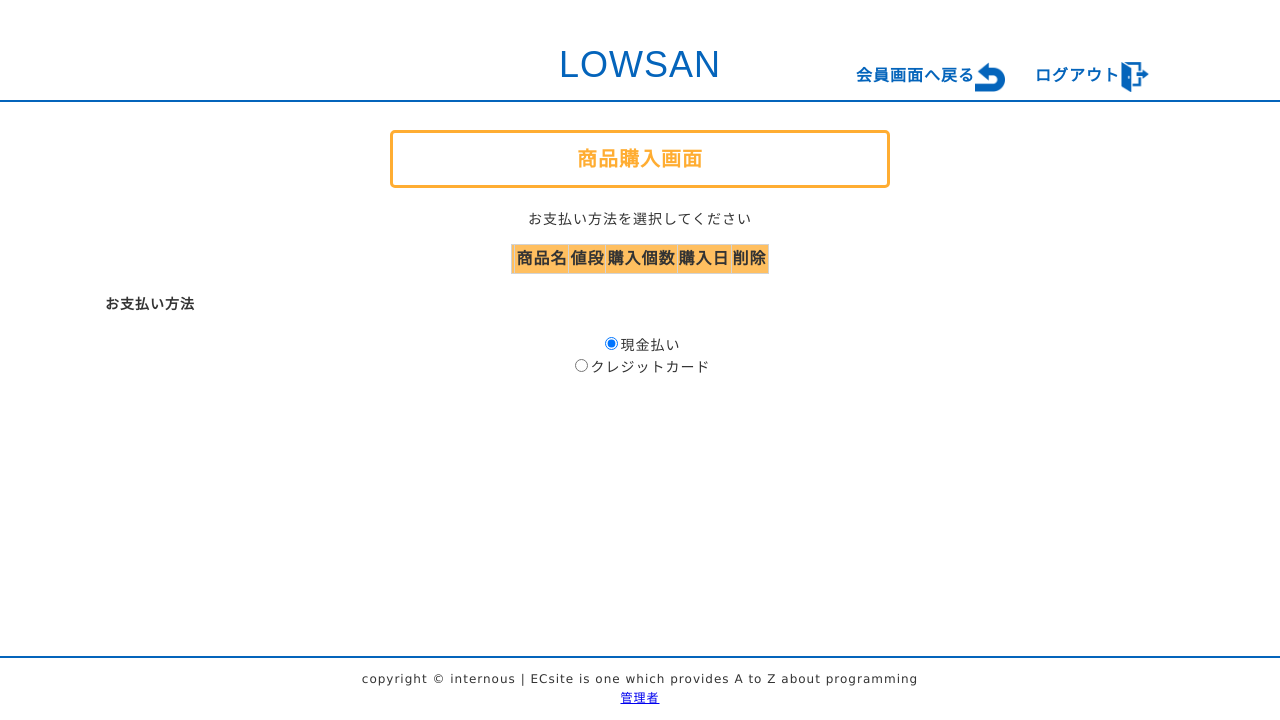
Repository: nishimura0212/myECsite
Page: http://localhost/ecsite/buyItem.jsp
An editor plug-in stored every save of this project. The page is shown before and after the next save, followed by the edit.
The browser window is 1280 px wide. The pictures show the whole page.
The page is served by Tomcat 9. Other server files are loaded and not shown.

Above is the page before, as saved 2019-01-02 14:36:57.

### ecsite/WebContent/buyItem.jsp
<%@ page language="java" contentType="text/html; charset=UTF-8"
    pageEncoding="UTF-8"%>
<%@ taglib prefix="s" uri="/struts-tags" %>
<!DOCTYPE html>
<html>
<head>
<meta http-equiv="Content-Type" content="text/html; charset=UTF-8"/>
<meta http-equiv="Content-Script-Type" content="text/javascript"/>
<meta http-equiv="imagetoolbar" content="no"/>
<meta name="description" content=""/>
<meta name="keywords" content=""/>
<title>商品購入画面</title>
<link rel="stylesheet" type="text/css" href="css/style.css">
</head>
<body>
	<div id="header">
		<p>LOWSAN</p>
		<div id="header-icon">
			<ul>
				<li class="icon">
					<a href="GoUserAction">
					会員画面へ戻る<img src="./img/icon/back.png" width="30px" height="30px">
					</a>
				</li>
				<li class="icon">
					<a href="LogoutAction">
					ログアウト<img src="./img/icon/logout.png" width="30px" height="30px">
					</a>
				</li>
			</ul>
		</div>
	</div>
	<div id="main">
		<div id="top">
			<p>商品購入画面</p>
		</div>
		<p class="comment">お支払い方法を選択してください</p>
		<table class="history-table">
			<tr>
				<th></th>
				<th>商品名</th>
				<th>値段</th>
				<th>購入個数</th>
				<th>購入日</th>
				<th>削除</th>
			</tr>
			<s:iterator value="cartList">
				<tr>
					<td class="td-img"><img
						src='<s:property value="itemImage"/>' class="buy-item-image"></td>
					<td><s:property value="item" /></td>
					<td><s:property value="totalPrice" /><span>円</span></td>
					<td><s:property value="totalCount" /><span>個</span></td>
					<td><s:property value="insert_date" /></td>
					<td><input type="checkbox" name="delete"
						value='<s:property value="id"/>' /></td>
				</tr>
			</s:iterator>
		</table>
		<div class="pay-method">
			<h4>お支払い方法</h4>
			<input type="radio" name="pay" value="1" checked="checked" class="radio">現金払い
			<br><input type="radio" name="pay"value="2" class="radio">クレジットカード
		</div>
	</div>
	<div id="footer">
		<p>copyright &copy; internous | ECsite is one which provides A to Z about programming<br/>
		<a href = '<s:url action="AdminAction"/>'>管理者</a></p>
	</div>
</body>
</html>

### ecsite/WebContent/css/style.css
@CHARSET "UTF-8";

/* bodyレイアウト */
body{
	margin: 0;
	padding: 0;
	height: 100%;
	height: auto;
	line-height: 1.6;
	letter-spacing: 1px;
	font-family: Verdana,Helvetica,sans-serif;
	font-size: 12px;
	color: #333;
	background: #fff;
}

/* headerレイアウト */
#header{
	position: fixed;
	left: 0;
	top: 0;
	z-index: 2;
	width: 100%;
	height: 100px;
	text-align: center;
	background-color: #fff;
	border-bottom: 2px solid #0464bb;
}
#header p{
	color: #0464bb;
	font-family: "メイリオ",sans-serif;
	font-size: 36px;
}
#header-icon{
	position: absolute;
	top: 50px;
	right: 100px;
}
#header-icon .icon{
	float: left;
	margin: 0 auto;
	margin-right: 30px;
	list-style-type: none;
	font-size: 16px;
	font-weight: bold;
}
#header-icon .icon img{
	clear: both;
	vertical-align: middle;
}
#header-icon .icon a{
	color: #0464bb;
	text-decoration:none;
}
.icon:hover{
	cursor: pointer;
}

/* mainレイアウト */
#main{
	position: relative;
	top: 110px;
	width: 100%;
	padding-bottom: 60px;
}

.waku{
	margin-top: 50px;
}

/* 見出しレイアウト */
#top{
	width: 500px;
	margin: 0px auto;
	margin-top: 10px;
	text-align: center;
}
#top p{
	font-size: 20px;
	font-weight: bold;
	border: 3px solid #FFAD32;
	border-radius: 5px;
	color: #FFAD32;
	background-color: #fff;
	padding: 10px 0px;
}

/* tableレイアウト */
.table{
	margin: 0 auto;
	width: 800px;
	font-size: 24px;
	padding: 40px 30px 50px 20px;
	background-color: #FFFDEB;
	color: #FFAD32;
	border-radius: 10px;
}

/* ログイン画面 */
.textarea{
	width: 100%;
	height: 30px;
	font-size: 22px;
	padding-left: 1%;
	border-radius: 15px;
}
input[type="text"]:focus {
	border: 2px solid #FFD493;
	outline: 0;
}
input[type="password"]:focus {
	border: 2px solid #FFD493;
	outline: 0;
}
.error{
	margin: 0 auto;
	width: 500px;
	text-align: center;
}
.error p{
	color: #FF5151;
	font-size: 14px;
}
.single{
	margin-top: 20px;
	text-align: center;
	padding: 20px;
}
.single_btn{
	width: 100px;
	height: 40px;
	padding: 5px;
	background-color: #FFAD32;
	font-size: 12px;
	font-weight: bold;
	color: white;
	border-color: none;
	border-radius: 20px;
}
.single_btn:hover{
	background-color: #F99500;
	cursor: pointer;
}

/* 会員画面 */
.comment{
	text-align: center;
	font-size: 14px;
}
.main-text{
	text-align: center;
	margin-top: 10px;
}
.userButton{
	margin-top: 20px;
	width: 300px;
	height: 100px;
	color: #FFFDEB;
	font-size: 24px;
	background-color: #FFAD32;
	border-radius: 20px;
}
.userButton:hover{
	cursor: pointer;
	background-color: #F99500;
}

/* カテゴリ選択画面 */
.categoryBox{
	margin: 0 auto;
	margin-top: 30px;
	width: 600px;
	text-align: center;
}
.category{
	margin: 0 auto;
	display: inline-block;
	text-align: center;
}
.categoryCircle{
	margin: 0 auto;
	float: left;
}
.circle{
	width: 200px;
	height: 200px;
	margin: 0px 20px 10px 20px;
	border-radius: 50%;
	font-size: 30px;
	border: 5px solid #FFBF60;
	background-color: #FFFDEB;
}
.circle:hover{
	background-color: #FFBF60;
	color: #FFFDEB;
	border: none;
	cursor: pointer;
}
#empty{
	clear: both;
}

/* 商品選択画面 */
.item-wrap{
	width: 700px;
	margin: 30px auto;
	height: 100%;
	padding-bottom: 60px;
}
.itemBox{
	width: 300px;
	height: 250px;
	text-align: center;
	border: 2px dotted gray;
	margin: 20px 20px 20px 20px;
	background-color: #f9fcb6;
}
.itemBox img{
	width: 250px;
	height: 250px;
}
.itemName{
	margin: 0;
	font-size: 15px;
}
.flex-container{
	display: inline-flex;
}

/* 商品購入画面 */
.containerA{
	margin: 0 auto;
	margin-top: 20px;
	margin-right: 50px;
	text-align: center;
}
.left{
	width: 300px;
	height: 300px;
}
.left img{
	width: 100%;
}
.right{
	height: 300px;
	font-size: 20px;
	margin-top: 30px;
	border-collapse: collapse;
}
.td-left{
	text-align: center;
	background-color: #FFBF60;
	border: 1px solid lightgray;
}
.td-right{
	text-align: left;
	padding: 0px 10px;
	border: 1px solid lightgray;
}
.td-submit{
	background-color: #fff;
}
.select{
	width: 50px;
	font-size: 20px;
}
.select:hover{
	cursor: pointer;
}
.block{
	width: 100px;
	display: block;
}

/* 商品購入確認画面 */
.containerB{
	margin: 0 auto;
	margin-left: 150px;
	text-align: center;
}
.button{
	position: relative;
	top: 350px;
	right: 210px;
}
.gray_btn{
	width: 100px;
	height: 40px;
	padding: 5px;
	background-color: #808080;
	font-size: 12px;
	font-weight: bold;
	color: white;
	border-color: none;
	border-radius: 20px;
}
.gray_btn:hover{
	background-color: #666666;
	cursor: pointer;
}

/* 商品購入完了画面 */
.center{
	width: 400px;
	margin: 0 auto;
	margin-top: 50px;
}
.comment p{
	height: 50px;
	line-height: 50px;
	font-size: 16px;
	border: 2px solid gray;
	border-radius: 5px;
}

/* 商品購入履歴画面 */
.history-table{
	margin:0 auto;
	font-size: 16px;
	border-collapse: collapse;
	border: 1px solid lightgray;
	text-align: center;
}
.history-table th{
	border: 1px solid lightgray;
}
.history-table td,.td-img{
	border: 1px solid lightgray;
}
.history-table tr:first-child{
	background-color: #FFBF60;
}
.td-img img{
	width: 100px;
	height: 100px;
}

/* 商品購入画面 */
.pay-method{
	text-align: center;
	font-size: 14px;
	padding-bottom: 60px;
}
.pay-method h4{
	width: 300px;
}





.buy-item-button{
	margin: 20px;
	width: 100px;
	height: 50px;
	background-color: #eee;
	border-radius: 20%;
}
.buy-item-button:hover{
	cursor: pointer;
	background-color: #f9fcb6;
}
.pointer:hover{
	cursor: pointer;
}
.button1{
	margin: 0 20px auto;
	float: left;
}
.submit{
	width: 300px;
	height: 400px;
	border-radius: 10%;
	background-color: #f8f8f8;
	font-size: 30px;
}
.submit:hover{
	box-shadow: none;
	background-color: #ffff80;
	cursor: pointer;
}
#text-link{
	display: inline-block;
	text-align: right;
}
#text-right{
	display: inline-block;
	text-align: right;
}
.text-right{
	display: inline-block;
	margin-left: 4%;
}
#wrap{
	margin: 0 40% auto;
}
#left{
	float: left;
	width: 50%;
}
#right{
	float: left;
	width: 50%;
}
.text-center{
	display: inline-block;
	text-align: center;
}
#text{
	clear: left;
	padding-top: 20px;
	width: 780px;
	margin: 30px auto;
}
.text{
	text-align: center;
}
#list{
	border: 2px dotted gray;
	width: 500px;
	height: 100px;
	background-color: lightyellow;
	margin: 30px auto;
}
#list ul li{
	display: inline-block;
	list-style-type: none;
	margin-right: 2em;
}
#button{
	display: inline-block;
	text-align: center;
}
#empty{
	clear: both;
}
.button{
	margin: 0 auto;
	float: left;
	margin-right: 10px;
}
.button:hover{
	cursor: pointer;
}
.category_button{
	margin: 0 auto;
	float: left;
}
.item{
	width: 200px;
	height: 200px;
	margin: 0px 20px 10px 20px;
	border-radius: 50%;
	font-size: 30px;
}





/* footerレイアウト */
#footer{
	clear: both;
	position: fixed;
	left: 0;
	bottom: 0;
	z-index: 2;
	width: 100%;
	background-color: #fff;
	border-top: 2px solid #0464bb;
}
#footer p{
	text-align: center;
}

After the next save:
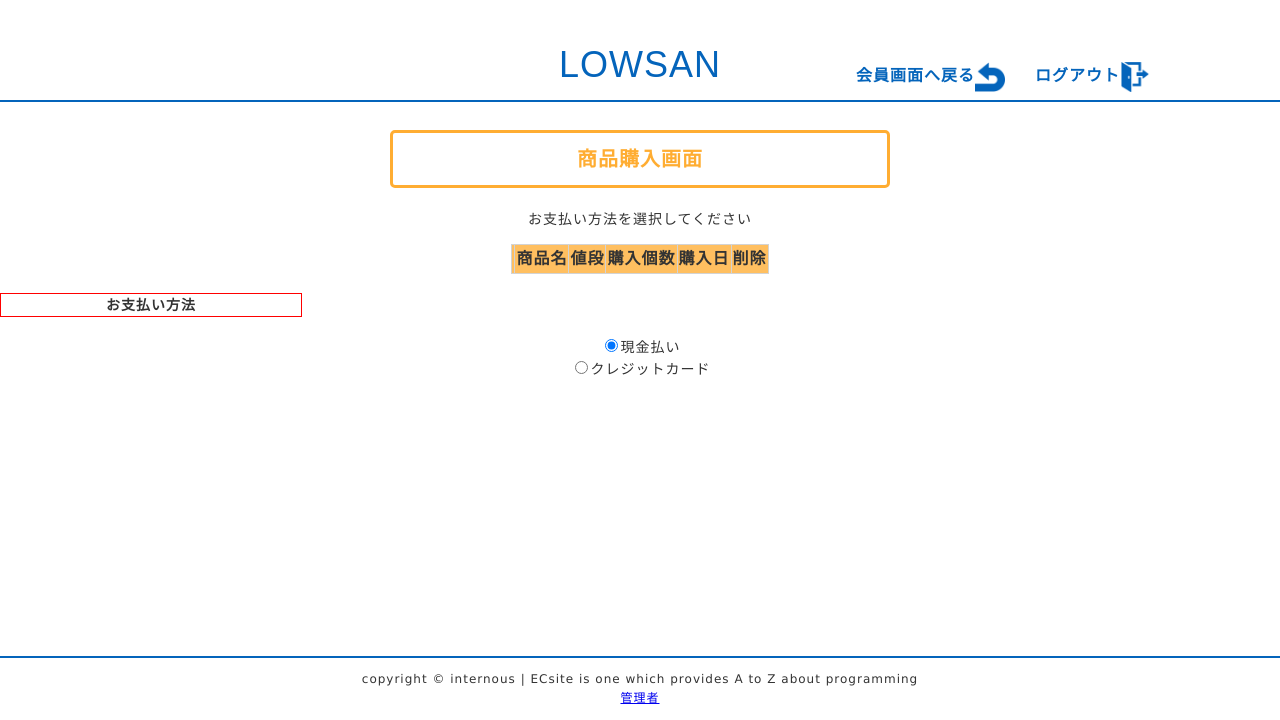
Saved 13 s later.
--- a/ecsite/WebContent/css/style.css
+++ b/ecsite/WebContent/css/style.css
@@ -343,6 +343,7 @@ input[type="password"]:focus {
 }
 .pay-method h4{
 	width: 300px;
+	border: 1px solid red;
 }
 
 
